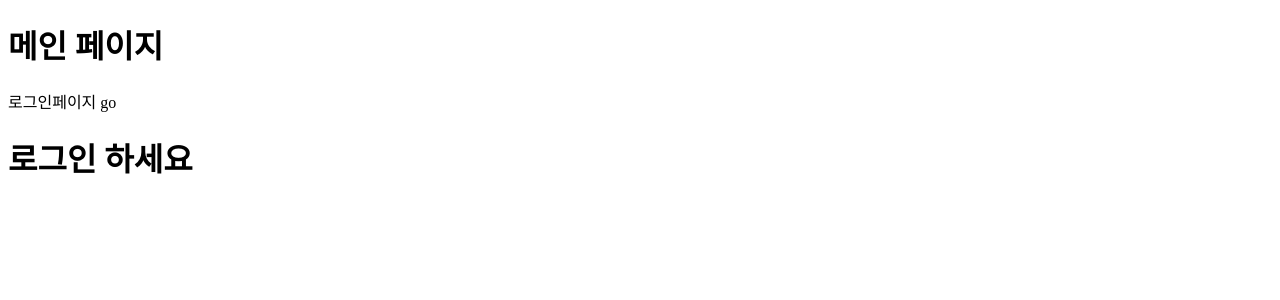
Repository: SeungwanHong/Web-jsp-
Page: http://localhost/Board2_20170406/main.jsp
The author's editor kept a copy of each file at every save. The page is drawn from the files as they stood at one save, then again after the next save.
The browser window is 1280 px wide. The pictures show the whole page.
The page is served by Tomcat 9.

Above is the page before, as saved 2017-04-06 05:44:51.

After the next save:
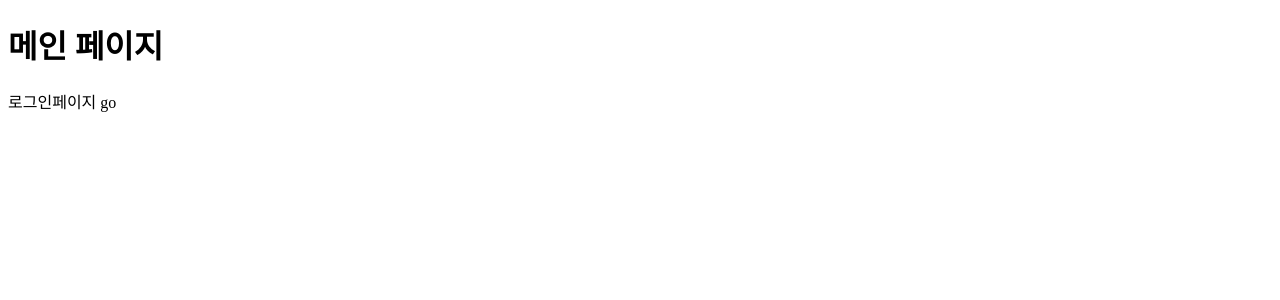
Saved 3 min 2 s later.
--- a/Board2_20170406/WebContent/main.jsp
+++ b/Board2_20170406/WebContent/main.jsp
@@ -10,11 +10,6 @@
 <body>
 <h1>메인 페이지</h1>
 로그인페이지 go
-<% LoginVo loginVo = (LoginVo)session.getAttribute("LOGIN"); %>
-	<% if(loginVo == null){ %>
-	<h1>로그인 하세요</h1>
-	<%}else{ %>
-	<h1>보드리스트로 갑니다.</h1>
-	<%} %>
+
 </body>
 </html>
